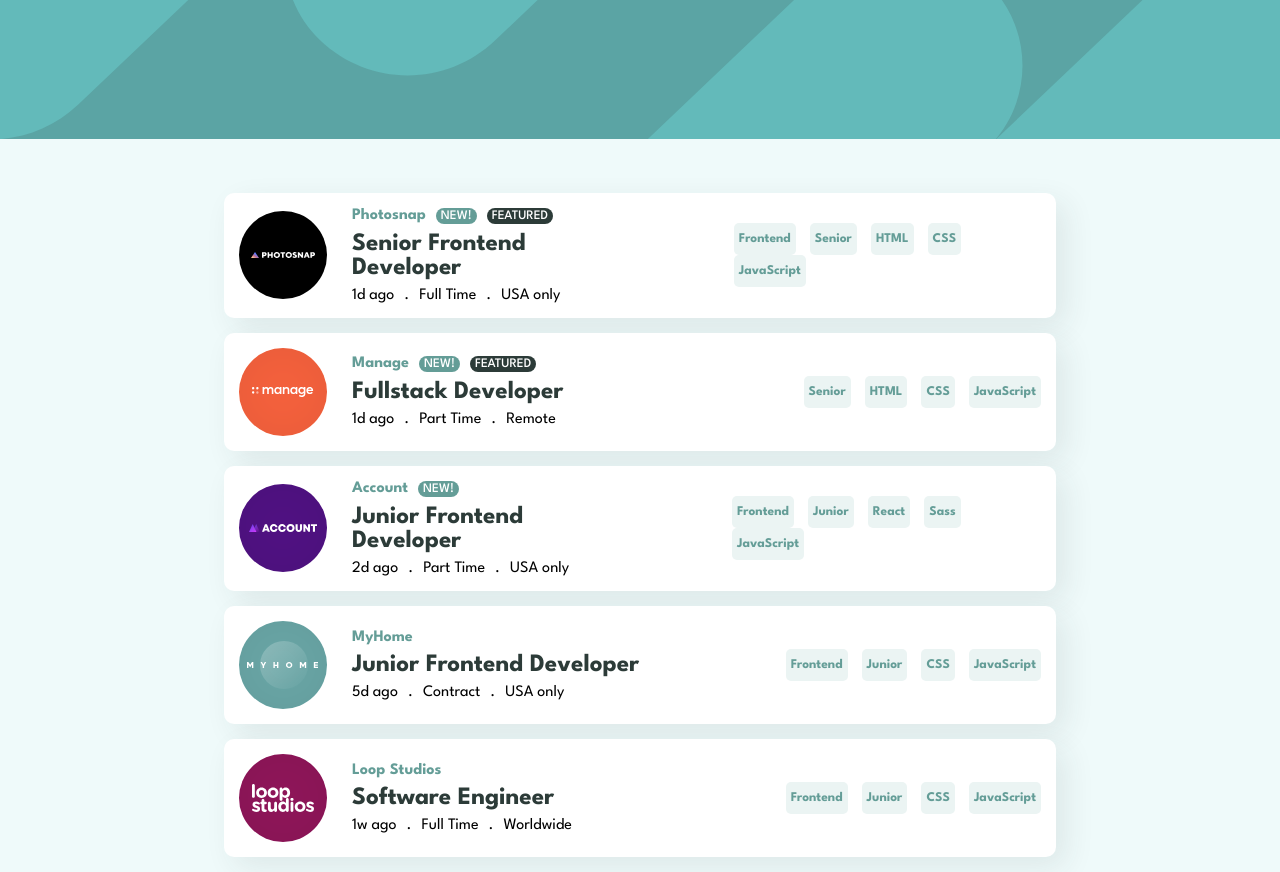
Repository: Eldream12/JobListing
Page: index.html
These files come from the project's save history. The page is drawn as it stood at one moment and after the next save; the edit follows.
The browser window is 1280 px wide. The pictures show the whole page.

Above is the page before, as saved 2025-03-31 22:07:35.

### index.html
<!DOCTYPE html>
<html lang="en">
	<head>
		<meta charset="UTF-8" />
		<meta name="viewport" content="width=device-width, initial-scale=1.0" />
		<title>Job Listing</title>
		<link rel="stylesheet" href="style/style.css" />
	</head>

	<body>
		<header>
			<div>
				<img src="Images/bg-header-desktop.svg" alt="NavHeader" />
			</div>
		</header>

		<main>
			<div class="content-carrier">
				<div class="content">
					<div class="ctn">
						<img src="Images/photosnap.svg" alt="photosnap" />
						<div class="content-text">
							<div class="txt-1">
								<h4>Photosnap</h4>
								<div class="btn-1">
									<button>NEW!</button>
								</div>
								<div class="btn-2">
									<button>FEATURED</button>
								</div>
							</div>
							<div class="txt-2">
								<h2>Senior Frontend Developer</h2>
							</div>
							<div class="txt-3">
								<p>1d ago</p>
								<p>.</p>
								<p>Full Time</p>
								<p>.</p>
								<p>USA only</p>
							</div>
						</div>
					</div>

					<div class="btn">
						<button>Frontend</button>
						<button>Senior</button>
						<button>HTML</button>
						<button>CSS</button>
						<button>JavaScript</button>
					</div>
				</div>

				<div class="content">
					<div class="ctn">
						<img src="Images/manage.svg" alt="photosnap" />
						<div class="content-text">
							<div class="txt-1">
								<h4>Manage</h4>
								<div class="btn-1">
									<button>NEW!</button>
								</div>
								<div class="btn-2">
									<button>FEATURED</button>
								</div>
							</div>
							<div class="txt-2">
								<h2>Fullstack Developer</h2>
							</div>
							<div class="txt-3">
								<p>1d ago</p>
								<p>.</p>
								<p>Part Time</p>
								<p>.</p>
								<p>Remote</p>
							</div>
						</div>
					</div>

					<div class="btn">
						<!-- <button>Frontend</button> -->
						<button>Senior</button>
						<button>HTML</button>
						<button>CSS</button>
						<button>JavaScript</button>
					</div>
				</div>

				<div class="content">
					<div class="ctn">
						<img src="Images/account.svg" alt="photosnap" />
						<div class="content-text">
							<div class="txt-1">
								<h4>Account</h4>
								<div class="btn-1">
									<button>NEW!</button>
								</div>
								<div class="btn-2">
									<!-- <button>FEATURED</button> -->
								</div>
							</div>
							<div class="txt-2">
								<h2>Junior Frontend Developer</h2>
							</div>
							<div class="txt-3">
								<p>2d ago</p>
								<p>.</p>
								<p>Part Time</p>
								<p>.</p>
								<p>USA only</p>
							</div>
						</div>
					</div>

					<div class="btn">
						<button>Frontend</button>
						<button>Junior</button>
						<button>React</button>
						<button>Sass</button>
						<button>JavaScript</button>
					</div>
				</div>

				<div class="content">
					<div class="ctn">
						<img src="Images/myhome.svg" alt="photosnap" />
						<div class="content-text">
							<div class="txt-1">
								<h4>MyHome</h4>
								<div class="btn-1">
									<!-- <button>NEW!</button> -->
								</div>
								<div class="btn-2">
									<!-- <button>FEATURED</button> -->
								</div>
							</div>
							<div class="txt-2">
								<h2>Junior Frontend Developer</h2>
							</div>
							<div class="txt-3">
								<p>5d ago</p>
								<p>.</p>
								<p>Contract</p>
								<p>.</p>
								<p>USA only</p>
							</div>
						</div>
					</div>

					<div class="btn">
						<button>Frontend</button>
						<button>Junior</button>
						<!-- <button>React</button> -->
						<button>CSS</button>
						<button>JavaScript</button>
					</div>
				</div>

				<div class="content">
					<div class="ctn">
						<img src="Images/loop-studios.svg" alt="photosnap" />
						<div class="content-text">
							<div class="txt-1">
								<h4>Loop Studios</h4>
								<div class="btn-1">
									<!-- <button>NEW!</button> -->
								</div>
								<div class="btn-2">
									<!-- <button>FEATURED</button> -->
								</div>
							</div>
							<div class="txt-2">
								<h2>Software Engineer</h2>
							</div>
							<div class="txt-3">
								<p>1w ago</p>
								<p>.</p>
								<p>Full Time</p>
								<p>.</p>
								<p>Worldwide</p>
							</div>
						</div>
					</div>

					<div class="btn">
						<button>Frontend</button>
						<button>Junior</button>
						<!-- <button>React</button> -->
						<button>CSS</button>
						<button>JavaScript</button>
					</div>
				</div>
			</div>
		</main>
		<footer></footer>
	</body>
</html>

### style/style.css
@import url("https://fonts.googleapis.com/css2?family=League+Spartan:wght@100..900&display=swap");

* {
	font-family: League Spartan;
	margin: 0;
	padding: 0;
	box-sizing: border-box;
}

html body {
	background-color: hsl(180, 52%, 96%);
}

header img {
	width: 100%;
	background-color: hsl(180, 29%, 50%);
	margin-bottom: 50px;
}

.content-carrier .content {
	display: flex;
	background-color: #ffffff;
	align-items: center;
	justify-content: space-between;
	max-width: 65%;
	margin: auto;
	padding: 15px 15px 15px 15px;
	gap: 90px;
	border-radius: 10px;
	box-shadow: #2c3b3817 10px 10px 30px;
	margin-bottom: 15px;
}

.content-carrier .content .txt-1 {
	display: flex;
}

.content-carrier .content .txt-3 {
	display: flex;
}

.content-carrier .content .ctn {
	display: flex;
	align-items: center;
}

.content .ctn img {
	margin-right: 25px;
}

.content .btn button {
	background-color: #ebf4f3;
	border: none;
	padding: 10px 5px 10px 5px;
	border-radius: 5px;
	color: #649d97;
	font-weight: 700;
	margin-left: 10px;
}

.content .txt-1 h4 {
	color: #649d97;
}

.content .txt-1 .btn-1 button {
	background-color: #649d97;
}

.content .txt-1 .btn-2 button {
	background-color: #2c3b38;
}

.content .txt-1 button {
	font-size: 13px;
	font-weight: 500;
	color: #ffffff;
	border: none;
	padding: 2px 5px 2px 5px;
	border-radius: 10px;
	margin-left: 10px;
}

.content .txt-2 h2 {
	margin: 8px 0 8px 0;
	font-size: 25px;
	color: #2c3b38;
}

.content .txt-3 p {
	margin-right: 10px;
}

After the next save:
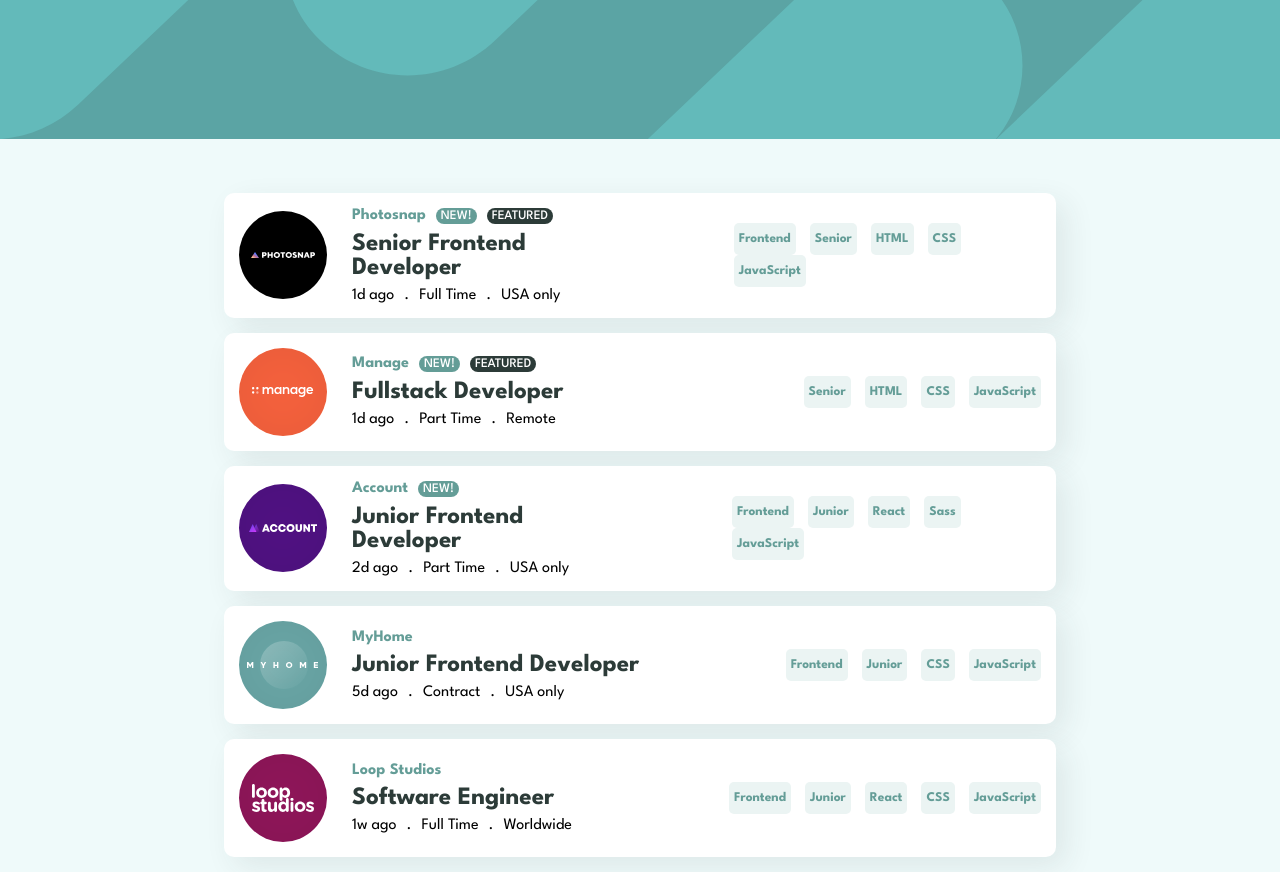
Saved 36 s later.
--- a/index.html
+++ b/index.html
@@ -185,7 +185,7 @@
 					<div class="btn">
 						<button>Frontend</button>
 						<button>Junior</button>
-						<!-- <button>React</button> -->
+						<button>React</button>
 						<button>CSS</button>
 						<button>JavaScript</button>
 					</div>
